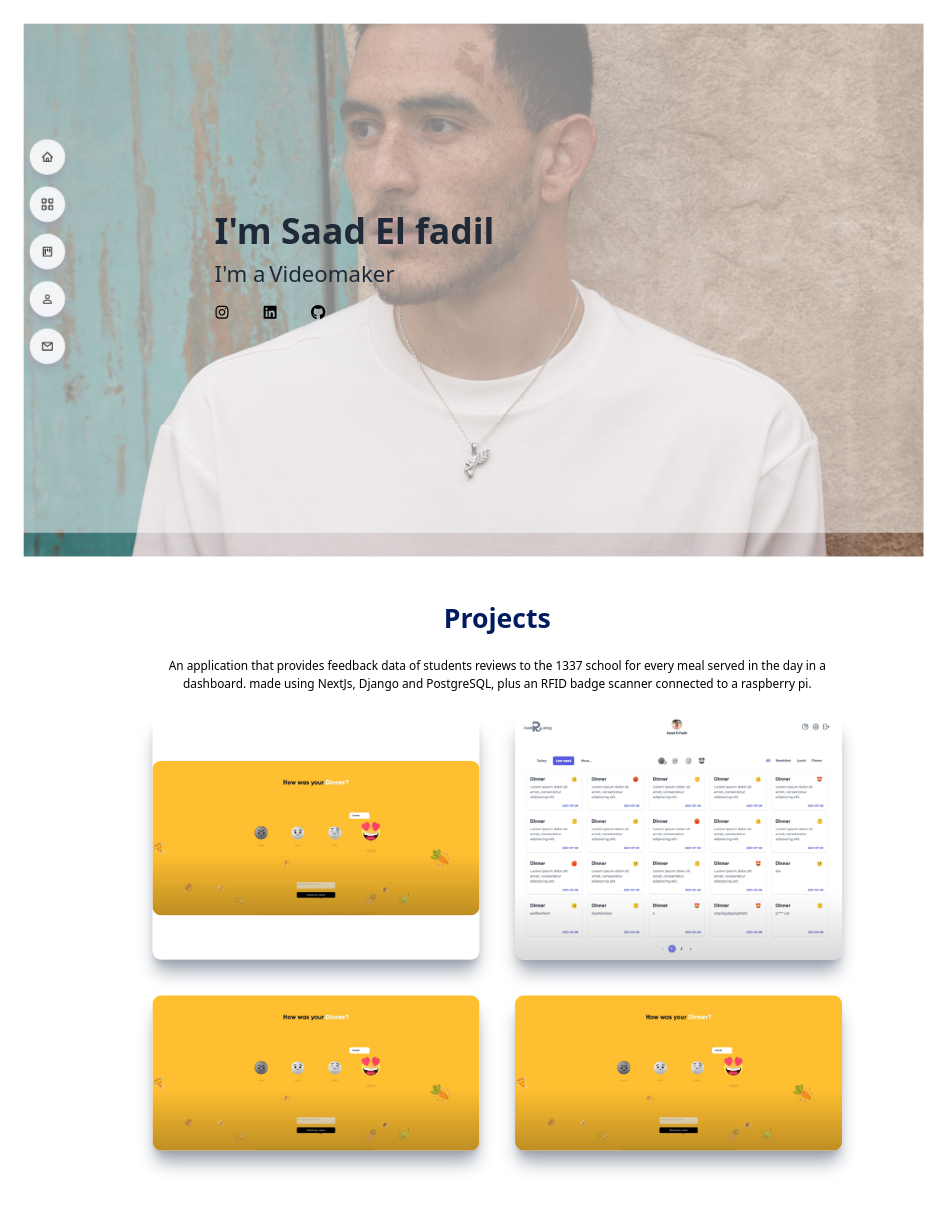
Repository: Saadelfadil/saadelfadil.github.io
Page: /
These files come from the project's save history. The page is drawn as it stood at one moment and after a run of saves; the edit follows.
The browser window is 1280 px wide. The pictures show the whole page, at 74% of full size.
The project was rebuilt for these pictures with package versions that can differ from the ones it lists, and the page was loaded fresh each time. Also part of the build but not shown: vite.config.js.

Above is the page before, as saved 2023-02-26 18:29:59.

After the next 4 saves:
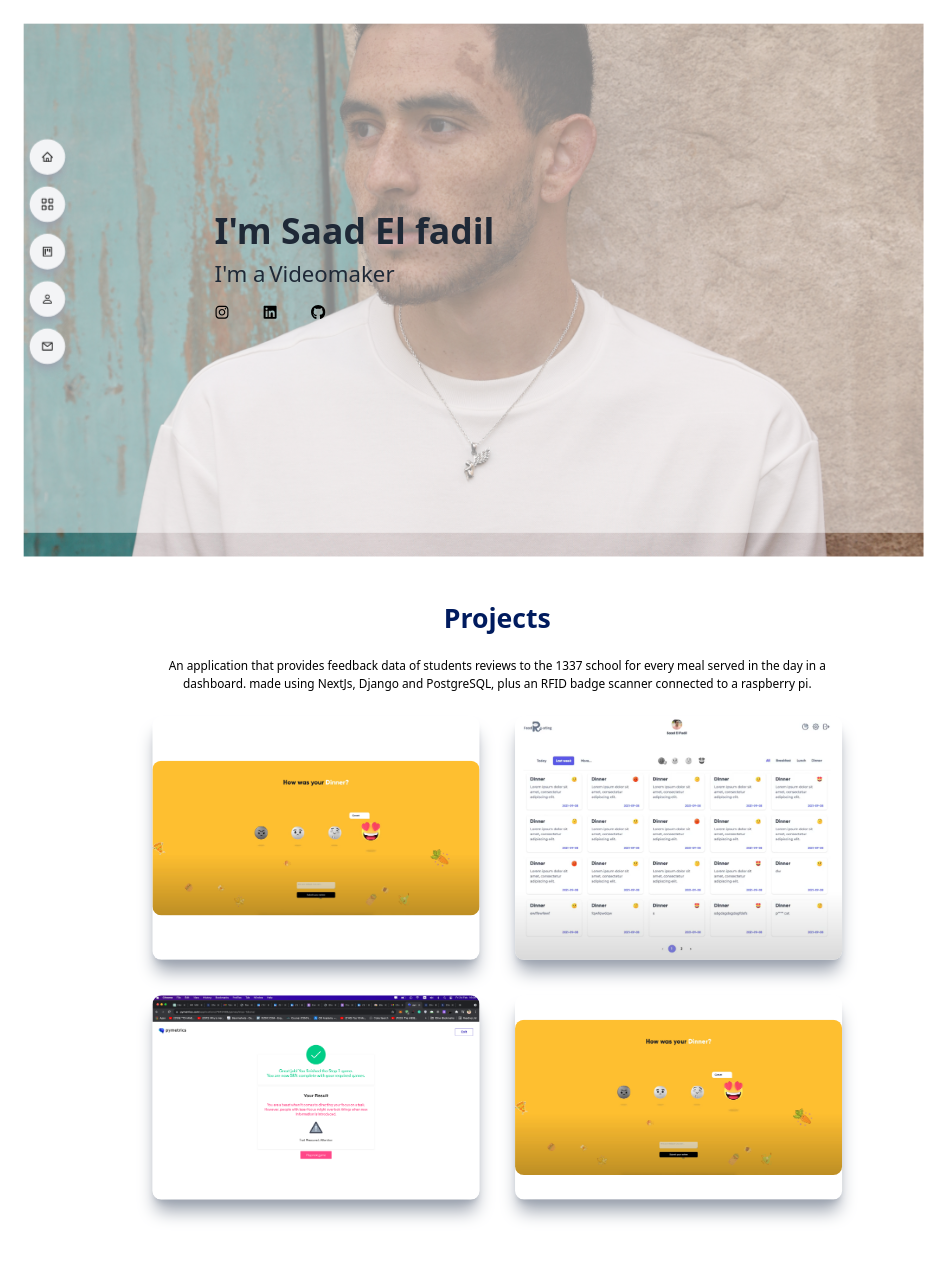
The 4 saves are shown as one change because they came seconds apart.
The last was saved 60 s later.
--- a/src/components/Projects.jsx
+++ b/src/components/Projects.jsx
@@ -2,6 +2,7 @@ import React from "react";
 import ProjectItem from "./ProjectItem";
 import img from "../assets/1337_foodback.png";
 import img2 from "../assets/1337_foodback_2.png";
+import img3 from "../assets/1337_foodback_3.png";
 
 
 const Projects = () => {
@@ -14,7 +15,7 @@ const Projects = () => {
         <div className="grid sm:grid-cols-2 gap-12">
             <ProjectItem img={img} title="1337 FoodBack"/>
             <ProjectItem img={img2} title="App 2"/>
-            <ProjectItem img={img} title="App 3"/>
+            <ProjectItem img={img3} title="App 3"/>
             <ProjectItem img={img} title="App 4"/>
         </div>
     </div>
